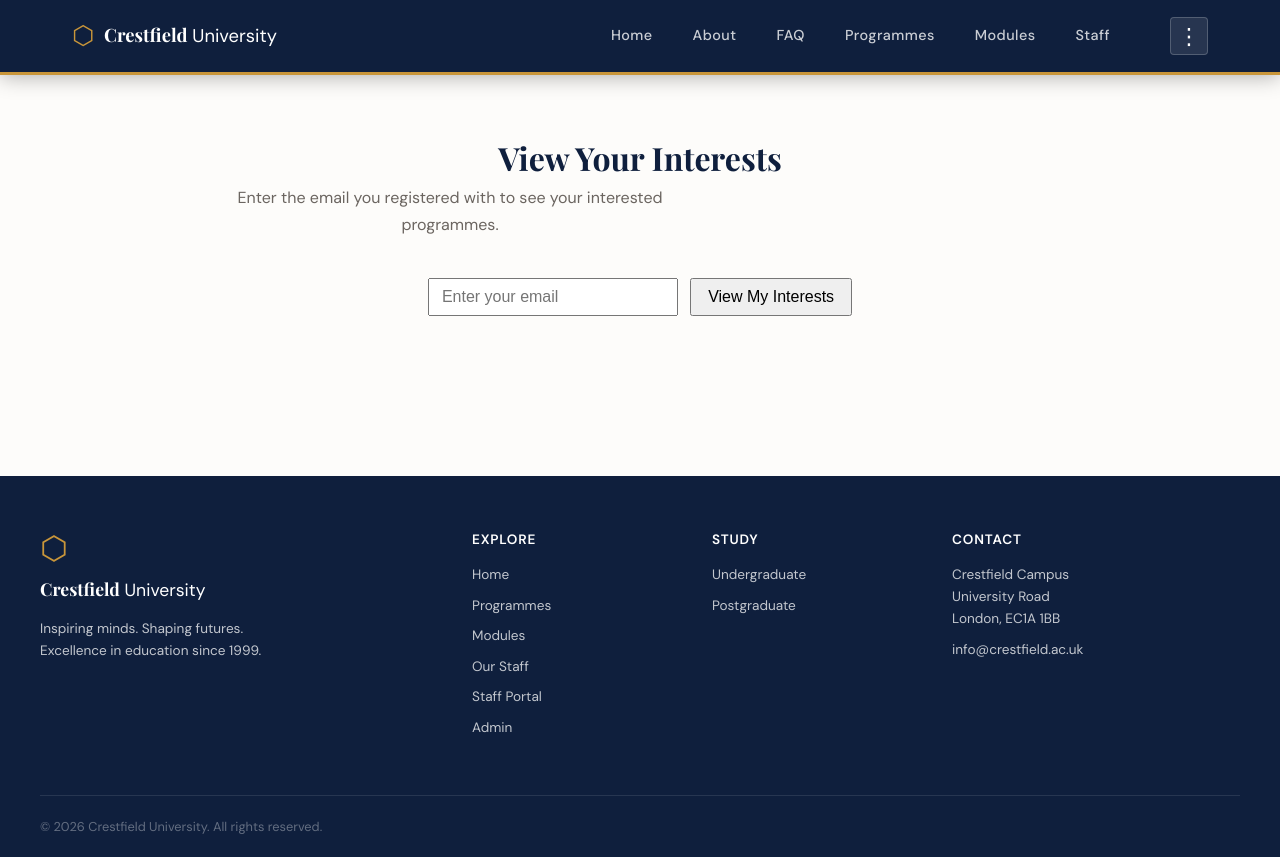
Repository: dowrinprity-blip/Web-Project
Page: http://localhost/University/my-interests.php
The author's editor kept a copy of each file at every save. The page is drawn from the files as they stood at one save, then again after the next save.
The browser window is 1280 px wide. The pictures show the whole page.
The page is run by PHP 8.4 with error messages shown; the project is at /var/www/html/.

Above is the page before, as saved 2026-03-25 20:36:11.

### my-interests.php
<?php
require_once 'includes/db.php';
$page_title = 'My Interests';
include 'includes/header.php';

// Initialize empty array for results
$interests = [];

if ($_SERVER['REQUEST_METHOD'] === 'POST' && !empty($_POST['email'])) {
    $email = $conn->real_escape_string($_POST['email']);

if (isset($_GET['remove']) && isset($_GET['email'])) {
    $removeID = (int) $_GET['remove'];
    $email    = $_GET['email'];

    $stmt = $conn->prepare("DELETE FROM interestedstudents WHERE ProgrammeID = ? AND Email = ?");
    $stmt->bind_param("is", $removeID, $email);
    $stmt->execute();

    header("Location: my-interests.php?email=" . urlencode($email));
    exit;
}
    // Fetch all programmes the email is interested in
    $sql = "
        SELECT
            p.ProgrammeID,
            p.ProgrammeName,
            p.Description,
            p.Image,
            i.StudentName,
            i.RegisteredAt
        FROM interestedstudents i
        JOIN Programmes p ON i.ProgrammeID = p.ProgrammeID
        WHERE i.Email = '$email'
        ORDER BY i.RegisteredAt DESC
    ";

    $result = $conn->query($sql);

    if ($result && $result->num_rows > 0) {
        while ($row = $result->fetch_assoc()) {
            $interests[] = $row;
        }
    }
}
?>

<section class="section">
    <div class="section-inner" style="max-width:900px;margin:0 auto;">
        <div class="section-header" style="text-align:center;">
            <h2>View Your Interests</h2>
            <p>Enter the email you registered with to see your interested programmes.</p>
        </div>

        <form method="POST" action="" style="text-align:center;margin-bottom:2rem;">
            <input type="email" name="email" placeholder="Enter your email" required style="padding:.5rem .75rem;font-size:1rem;width:250px;">
            <button type="submit" style="padding:.5rem 1rem;font-size:1rem;margin-left:.5rem;">View My Interests</button>
        </form>

        <?php if ($_SERVER['REQUEST_METHOD'] === 'POST'): ?>
            <?php if (!empty($interests)): ?>
                <div class="cards-grid" style="display:grid;grid-template-columns:repeat(auto-fill,minmax(250px,1fr));gap:1.5rem;">
                    <?php foreach ($interests as $i): ?>
                        <div class="card" style="border-radius:var(--radius-lg);overflow:hidden;box-shadow:0 8px 20px rgba(0,0,0,0.1);transition:transform .3s ease;">
                            <img src="<?= htmlspecialchars($i['Image']) ?>" alt="<?= htmlspecialchars($i['ProgrammeName']) ?>" style="width:100%;height:180px;object-fit:cover;">
                            <div class="card-body" style="padding:1rem;">
                                <h3 style="margin:0 0 .5rem 0;font-size:1.1rem;"><?= htmlspecialchars($i['ProgrammeName']) ?></h3>
                                <p style="font-size:.85rem;color:var(--text-muted);height:3.5rem;overflow:hidden;"><?= htmlspecialchars($i['Description']) ?></p>
                                <p style="font-size:.75rem;color:var(--text-muted);margin-top:.5rem;">Registered on: <?= date('d M Y', strtotime($i['RegisteredAt'])) ?></p>
                                <a href="programme_detail.php?id=<?= $i['ProgrammeID'] ?>" class="btn btn-gold" style="display:inline-block;margin-top:.75rem;">Go to Programme →</a>
                            </div>
                        </div>
                    <?php endforeach; ?>
                </div>
            <?php else: ?>
                <p style="text-align:center;color:red;font-weight:600;">No interests found for this email.</p>
            <?php endif; ?>
        <?php endif; ?>
    </div>
</section>

<?php include 'includes/footer.php'; ?>

### includes/db.php
<?php
require_once __DIR__ . '/config.php';

// Create connection
function getDBConnection() {
    $conn = new mysqli(DB_HOST, DB_USER, DB_PASS, DB_NAME);

    if ($conn->connect_error) {
        die("Connection failed: " . $conn->connect_error);
    }

    $conn->set_charset("utf8mb4");
    return $conn;
}

// Global connection
$conn = getDBConnection();

function checkDatabaseExists() {
    $conn = new mysqli(DB_HOST, DB_USER, DB_PASS);
    $result = $conn->query("SELECT SCHEMA_NAME FROM INFORMATION_SCHEMA.SCHEMATA WHERE SCHEMA_NAME = '" . DB_NAME . "'");
    return $result->num_rows > 0;
}
?>

### includes/config.php
<?php
/**
 * Central Configuration File - Load this first in all includes
 */

// ==================== BASE URL DETECTION ====================
if (!function_exists('detectBaseUrl')) {
    function detectBaseUrl() {
        $protocol = isset($_SERVER['HTTPS']) && $_SERVER['HTTPS'] === 'on' ? 'https://' : 'http://';
        $host = $_SERVER['HTTP_HOST'];
        $scriptName = $_SERVER['SCRIPT_NAME'];

        $basePath = dirname(dirname($scriptName));
        $basePath = str_replace('\\', '/', $basePath);

        if ($basePath == '/' || $basePath == '\\') {
            $basePath = '';
        }

        return rtrim($protocol . $host . $basePath, '/');
    }
}

if (!defined('BASE_URL')) {
    define('BASE_URL', 'http://localhost/University');
}

// ==================== DATABASE CONSTANTS ====================
if (!defined('DB_HOST')) {
    define('DB_HOST', 'localhost');
    define('DB_USER', 'root');
    define('DB_PASS', '');
    define('DB_NAME', 'student_course_hub');
}
?>

### includes/header.php
<?php
$current_page = basename($_SERVER['PHP_SELF']);
if (!function_exists('isStudentLoggedIn')) {
    require_once __DIR__ . '/auth.php';
}

$staffLoggedIn   = function_exists('isStaffLoggedIn')   && isStaffLoggedIn();
$studentLoggedIn = function_exists('isStudentLoggedIn') && isStudentLoggedIn();
$adminLoggedIn   = function_exists('isAdminLoggedIn')   && isAdminLoggedIn();
?>
<!DOCTYPE html>
<html lang="en">
<head>
    <meta charset="UTF-8">
    <meta name="viewport" content="width=device-width, initial-scale=1.0">
    <title><?= isset($page_title) ? htmlspecialchars($page_title) . ' — ' : '' ?>Crestfield University</title>
    <link rel="preconnect" href="https://fonts.googleapis.com">
    <link rel="preconnect" href="https://fonts.gstatic.com" crossorigin>
    <link href="https://fonts.googleapis.com/css2?family=Playfair+Display:wght@400;600;700;900&family=DM+Sans:wght@300;400;500;600&display=swap" rel="stylesheet">
    <link rel="stylesheet" href="<?= BASE_URL ?>/css/style.css">
    <style>
        .portal-menu-wrap { position: relative; margin-left: .5rem; }
        .portal-dots-btn {
            background: rgba(255,255,255,.1);
            border: 1px solid rgba(255,255,255,.2);
            color: #fff; border-radius: var(--radius);
            width: 38px; height: 38px;
            display: flex; align-items: center; justify-content: center;
            cursor: pointer; font-size: 1.4rem; transition: background .2s; flex-shrink: 0;
        }
        .portal-dots-btn:hover { background: rgba(201,150,58,.25); }
        .portal-dropdown {
            display: none; position: absolute; right: 0; top: calc(100% + 10px);
            background: #fff; border-radius: var(--radius-lg);
            box-shadow: 0 12px 40px rgba(11,29,58,.22);
            min-width: 230px; overflow: hidden; z-index: 500;
            border: 1px solid var(--border);
        }
        .portal-dropdown.open { display: block; }
        .portal-dropdown-header {
            background: var(--navy); color: rgba(255,255,255,.6);
            font-size: .68rem; font-weight: 700; letter-spacing: .1em;
            text-transform: uppercase; padding: .65rem 1.1rem;
        }
        .portal-dropdown a {
            display: flex; align-items: center; gap: .75rem;
            padding: .75rem 1.1rem; font-size: .88rem; font-weight: 500;
            color: var(--navy); border-bottom: 1px solid #f5f2ee; transition: background .15s;
        }
        .portal-dropdown a:last-child { border-bottom: none; }
        .portal-dropdown a:hover { background: #fdf9f3; }
        .portal-dropdown a .pd-icon { font-size: 1rem; width: 22px; text-align: center; }
        .portal-dropdown a .pd-label { flex: 1; }
        .portal-dropdown a .pd-arrow { font-size: .8rem; color: var(--gold); }
        .portal-dropdown a.pd-active { background: #fdf6e3; font-weight: 600; }
        .portal-dropdown a.pd-logout { color: #922b21; }
        .portal-dropdown a.pd-logout:hover { background: #fdecea; }
    </style>
</head>
<body>

<header class="site-header">
    <div class="header-inner">
        <a href="<?= BASE_URL ?>/index.php" class="logo">
            <span class="logo-crest">⬡</span>
            <span class="logo-text"><strong>Crestfield</strong> University</span>
        </a>

        <nav class="main-nav">
            <a href="<?= BASE_URL ?>/index.php"           class="<?= $current_page === 'index.php'           ? 'active' : '' ?>">Home</a>
            <a href="<?= BASE_URL ?>/index.php#about">About</a>
            <a href="<?= BASE_URL ?>/index.php#faq">FAQ</a>
            <a href="<?= BASE_URL ?>/programmes.php"      class="<?= $current_page === 'programmes.php'      ? 'active' : '' ?>">Programmes</a>
            <a href="<?= BASE_URL ?>/modules.php"         class="<?= $current_page === 'modules.php'         ? 'active' : '' ?>">Modules</a>
            <a href="<?= BASE_URL ?>/staff_directory.php" class="<?= $current_page === 'staff_directory.php' ? 'active' : '' ?>">Staff</a>
        </nav>

        <!-- 3-dot portal menu -->
        <div class="portal-menu-wrap">
            <button class="portal-dots-btn" onclick="togglePortalMenu()" aria-label="Portal menu" title="Login / My Portal">⋮</button>

            <div class="portal-dropdown" id="portal-dropdown">

                <?php if ($adminLoggedIn): ?>
                <div class="portal-dropdown-header">Admin Portal</div>
                <a href="<?= BASE_URL ?>/admin/index.php" class="pd-active">
                    <span class="pd-icon">🛡️</span><span class="pd-label">Admin Dashboard</span><span class="pd-arrow">→</span>
                </a>
                <a href="<?= BASE_URL ?>/admin/logout.php" class="pd-logout">
                    <span class="pd-icon">⏻</span><span class="pd-label">Sign Out</span>
                </a>

                <?php elseif ($staffLoggedIn): ?>
                <?php $sd = getLoggedInStaff(); ?>
                <div class="portal-dropdown-header">Staff Portal</div>
                <a href="<?= BASE_URL ?>/staff/dashboard.php" class="pd-active">
                    <span class="pd-icon">👤</span><span class="pd-label"><?= htmlspecialchars($sd['Name'] ?? 'My Portal') ?></span><span class="pd-arrow">→</span>
                </a>
                <a href="<?= BASE_URL ?>/staff/profile.php">
                    <span class="pd-icon">✏️</span><span class="pd-label">My Profile</span><span class="pd-arrow">→</span>
                </a>
                <a href="<?= BASE_URL ?>/staff/my_modules.php">
                    <span class="pd-icon">📚</span><span class="pd-label">My Modules</span><span class="pd-arrow">→</span>
                </a>
                <a href="<?= BASE_URL ?>/staff/logout.php" class="pd-logout">
                    <span class="pd-icon">⏻</span><span class="pd-label">Sign Out</span>
                </a>

                <?php elseif ($studentLoggedIn): ?>
                <?php $stu = getLoggedInStudent(); ?>
                <div class="portal-dropdown-header">Student Portal</div>
                <a href="<?= BASE_URL ?>/student/dashboard.php" class="pd-active">
                    <span class="pd-icon">🎓</span><span class="pd-label"><?= htmlspecialchars($stu['FullName'] ?? 'My Portal') ?></span><span class="pd-arrow">→</span>
                </a>
                <a href="<?= BASE_URL ?>/student/my_profile.php">
                    <span class="pd-icon">👤</span><span class="pd-label">My Profile</span><span class="pd-arrow">→</span>
                </a>
                <a href="<?= BASE_URL ?>/student/my_interests.php">
                    <span class="pd-icon">⭐</span><span class="pd-label">My Interests</span><span class="pd-arrow">→</span>
                </a>
                <a href="<?= BASE_URL ?>/student/logout.php" class="pd-logout">
                    <span class="pd-icon">⏻</span><span class="pd-label">Sign Out</span>
                </a>

                <?php else: ?>
                <a href="<?= BASE_URL ?>/my-interests.php">
    <span class="pd-icon">⭐</span>
    <span class="pd-label">View My Interests</span>
    <span class="pd-arrow">→</span>
</a>

                <div class="portal-dropdown-header">Student Access</div>
                <a href="<?= BASE_URL ?>/student/login.php">
                    <span class="pd-icon">🎓</span><span class="pd-label">Student Login</span><span class="pd-arrow">→</span>
                </a>

                <div class="portal-dropdown-header">Staff Access</div>
                <a href="<?= BASE_URL ?>/staff/login.php">
                    <span class="pd-icon">👔</span><span class="pd-label">Staff Login</span><span class="pd-arrow">→</span>
                </a>
                <div class="portal-dropdown-header">Admin Access</div>
                <a href="<?= BASE_URL ?>/admin/login.php">
                    <span class="pd-icon">🛡️</span><span class="pd-label">Admin Login</span><span class="pd-arrow">→</span>
                </a>
                <?php endif; ?>

            </div>
        </div>

        <button class="nav-toggle" onclick="document.querySelector('.main-nav').classList.toggle('open')">☰</button>
    </div>
</header>

<script>
function togglePortalMenu() {
    document.getElementById('portal-dropdown').classList.toggle('open');
}
document.addEventListener('click', function(e) {
    var wrap = document.querySelector('.portal-menu-wrap');
    if (wrap && !wrap.contains(e.target)) {
        document.getElementById('portal-dropdown').classList.remove('open');
    }
});
</script>

### includes/footer.php
<footer class="site-footer">
    <div class="footer-inner">
        <div class="footer-brand">
            <span class="logo-crest">⬡</span>
            <span class="logo-text"><strong>Crestfield</strong> University</span>
            <p>Inspiring minds. Shaping futures.<br>Excellence in education since 1999.</p>
        </div>
        <div class="footer-links">
            <h4>Explore</h4>
            <a href="<?= BASE_URL ?>/index.php">Home</a>
            <a href="<?= BASE_URL ?>/programmes.php">Programmes</a>
            <a href="<?= BASE_URL ?>/modules.php">Modules</a>
            <a href="<?= BASE_URL ?>/staff_directory.php">Our Staff</a>
            <a href="<?= BASE_URL ?>/staff_portal.php">Staff Portal</a>
            <a href="<?= BASE_URL ?>/admin/login.php">Admin</a>
        </div>
        <div class="footer-links">
            <h4>Study</h4>
            <a href="<?= BASE_URL ?>/programmes.php?level=1">Undergraduate</a>
            <a href="<?= BASE_URL ?>/programmes.php?level=2">Postgraduate</a>
        </div>
        <div class="footer-contact">
            <h4>Contact</h4>
            <p>Crestfield Campus<br>University Road<br>London, EC1A 1BB</p>
            <p>info@crestfield.ac.uk</p>
        </div>
    </div>
    <div class="footer-bottom">
        <p>&copy; <?= date('Y') ?> Crestfield University. All rights reserved.</p>
    </div>
</footer>
<script src="<?= BASE_URL ?>/js/main.js"></script>
</body>
</html>

Loaded but not shown: js/main.js (22 lines, source omitted); css/style.css (621 lines, source omitted); includes/auth.php (554 lines, source omitted)

After the next save:
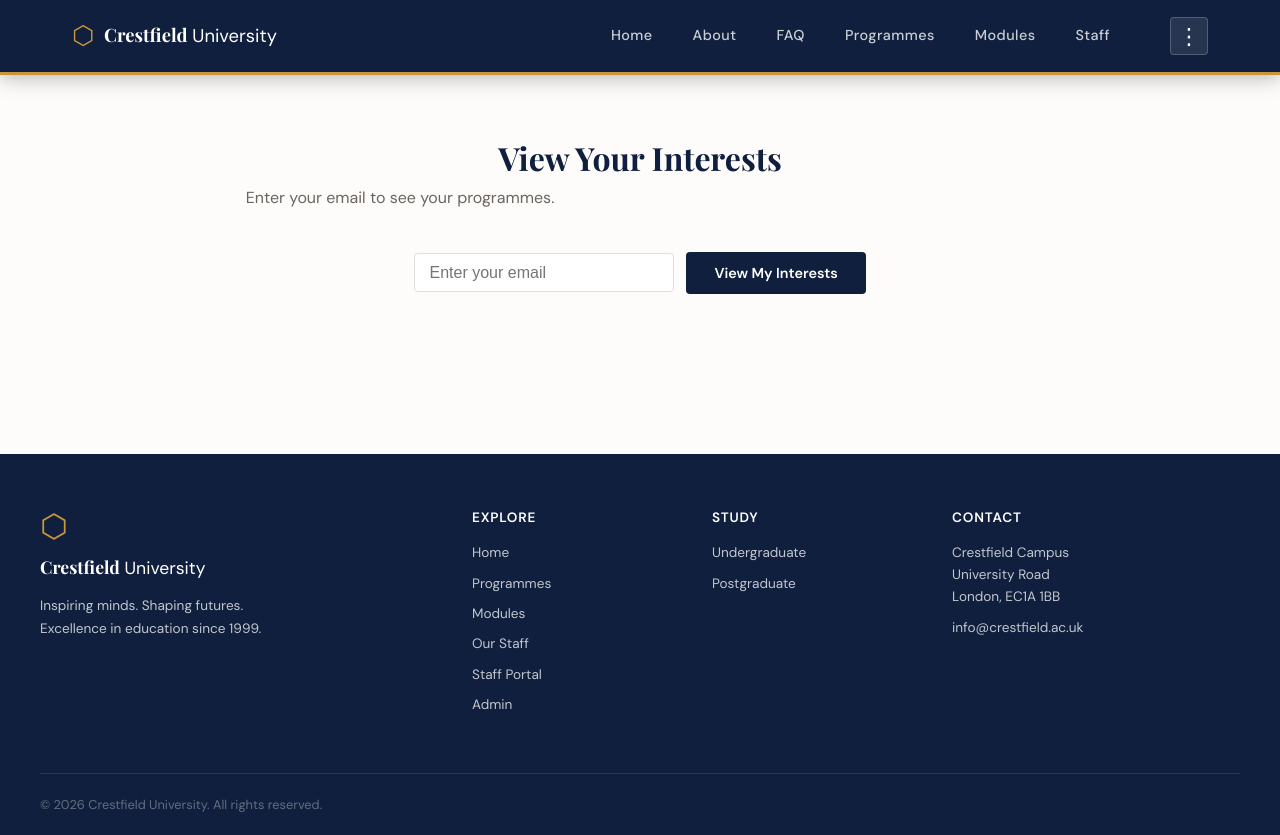
Saved 5 min 47 s later.
--- a/my-interests.php
+++ b/my-interests.php
@@ -1,14 +1,11 @@
 <?php
 require_once 'includes/db.php';
 $page_title = 'My Interests';
-include 'includes/header.php';
 
-// Initialize empty array for results
-$interests = [];
+// ✅ Auto-detect email (GET or POST)
+$email = $_GET['email'] ?? ($_POST['email'] ?? '');
 
-if ($_SERVER['REQUEST_METHOD'] === 'POST' && !empty($_POST['email'])) {
-    $email = $conn->real_escape_string($_POST['email']);
-
+// ✅ REMOVE INTEREST (must be BEFORE any output)
 if (isset($_GET['remove']) && isset($_GET['email'])) {
     $removeID = (int) $_GET['remove'];
     $email    = $_GET['email'];
@@ -20,8 +17,16 @@ if (isset($_GET['remove']) && isset($_GET['email'])) {
     header("Location: my-interests.php?email=" . urlencode($email));
     exit;
 }
-    // Fetch all programmes the email is interested in
-    $sql = "
+
+include 'includes/header.php';
+
+// Initialize array
+$interests = [];
+
+// ✅ FETCH DATA (works for both GET + POST)
+if (!empty($email)) {
+
+    $stmt = $conn->prepare("
         SELECT
             p.ProgrammeID,
             p.ProgrammeName,
@@ -31,51 +36,103 @@ if (isset($_GET['remove']) && isset($_GET['email'])) {
             i.RegisteredAt
         FROM interestedstudents i
         JOIN Programmes p ON i.ProgrammeID = p.ProgrammeID
-        WHERE i.Email = '$email'
+        WHERE i.Email = ?
         ORDER BY i.RegisteredAt DESC
-    ";
+    ");
+    $stmt->bind_param("s", $email);
+    $stmt->execute();
+    $result = $stmt->get_result();
 
-    $result = $conn->query($sql);
-
-    if ($result && $result->num_rows > 0) {
-        while ($row = $result->fetch_assoc()) {
-            $interests[] = $row;
-        }
+    while ($row = $result->fetch_assoc()) {
+        $interests[] = $row;
     }
 }
 ?>
 
 <section class="section">
-    <div class="section-inner" style="max-width:900px;margin:0 auto;">
+    <div class="section-inner" style="max-width:1000px;margin:0 auto;">
+
         <div class="section-header" style="text-align:center;">
             <h2>View Your Interests</h2>
-            <p>Enter the email you registered with to see your interested programmes.</p>
+            <p>Enter your email to see your programmes.</p>
         </div>
 
+        <!-- FORM -->
         <form method="POST" action="" style="text-align:center;margin-bottom:2rem;">
-            <input type="email" name="email" placeholder="Enter your email" required style="padding:.5rem .75rem;font-size:1rem;width:250px;">
-            <button type="submit" style="padding:.5rem 1rem;font-size:1rem;margin-left:.5rem;">View My Interests</button>
+            <input type="email" name="email"
+                   placeholder="Enter your email"
+                   value="<?= htmlspecialchars($email) ?>"
+                   required
+                   style="padding:.6rem .9rem;font-size:1rem;width:260px;border:1px solid var(--border);border-radius:var(--radius);">
+            <button type="submit" class="btn btn-navy" style="margin-left:.5rem;">View My Interests</button>
         </form>
 
-        <?php if ($_SERVER['REQUEST_METHOD'] === 'POST'): ?>
+        <?php if (!empty($email)): ?>
+
             <?php if (!empty($interests)): ?>
-                <div class="cards-grid" style="display:grid;grid-template-columns:repeat(auto-fill,minmax(250px,1fr));gap:1.5rem;">
+
+                <div class="cards-grid">
+
                     <?php foreach ($interests as $i): ?>
-                        <div class="card" style="border-radius:var(--radius-lg);overflow:hidden;box-shadow:0 8px 20px rgba(0,0,0,0.1);transition:transform .3s ease;">
-                            <img src="<?= htmlspecialchars($i['Image']) ?>" alt="<?= htmlspecialchars($i['ProgrammeName']) ?>" style="width:100%;height:180px;object-fit:cover;">
-                            <div class="card-body" style="padding:1rem;">
-                                <h3 style="margin:0 0 .5rem 0;font-size:1.1rem;"><?= htmlspecialchars($i['ProgrammeName']) ?></h3>
-                                <p style="font-size:.85rem;color:var(--text-muted);height:3.5rem;overflow:hidden;"><?= htmlspecialchars($i['Description']) ?></p>
-                                <p style="font-size:.75rem;color:var(--text-muted);margin-top:.5rem;">Registered on: <?= date('d M Y', strtotime($i['RegisteredAt'])) ?></p>
-                                <a href="programme_detail.php?id=<?= $i['ProgrammeID'] ?>" class="btn btn-gold" style="display:inline-block;margin-top:.75rem;">Go to Programme →</a>
+
+                        <?php $img = !empty($i['Image']) ? $i['Image'] : 'uploads/placeholder.jpg'; ?>
+
+                        <div class="card">
+
+                            <div class="card-colour-bar"></div>
+
+                            <img src="<?= htmlspecialchars($img) ?>"
+                                 alt="<?= htmlspecialchars($i['ProgrammeName']) ?>">
+
+                            <div class="card-body">
+                                <h3><?= htmlspecialchars($i['ProgrammeName']) ?></h3>
+
+                                <p>
+                                    <?= htmlspecialchars(substr($i['Description'], 0, 100)) ?>…
+                                </p>
                             </div>
+
+                            <!-- ✅ NEW FOOTER -->
+                            <div class="card-footer">
+
+                                <span>
+                                    <?= date('d M Y', strtotime($i['RegisteredAt'])) ?>
+                                </span>
+
+                                <div style="display:flex;gap:.4rem;align-items:center;">
+
+                                    <!-- Go -->
+                                    <a href="programme_detail.php?id=<?= $i['ProgrammeID'] ?>" title="View">
+                                        →
+                                    </a>
+
+                                    <!-- Remove -->
+                                    <a href="my-interests.php?remove=<?= $i['ProgrammeID'] ?>&email=<?= urlencode($email) ?>"
+                                       class="btn-danger"
+                                       onclick="return confirm('Remove this interest?')">
+                                       ✕
+                                    </a>
+
+                                </div>
+
+                            </div>
+
                         </div>
+
                     <?php endforeach; ?>
+
                 </div>
+
             <?php else: ?>
-                <p style="text-align:center;color:red;font-weight:600;">No interests found for this email.</p>
+
+                <p style="text-align:center;color:red;font-weight:600;">
+                    No interests found for <strong><?= htmlspecialchars($email) ?></strong>
+                </p>
+
             <?php endif; ?>
+
         <?php endif; ?>
+
     </div>
 </section>
 
